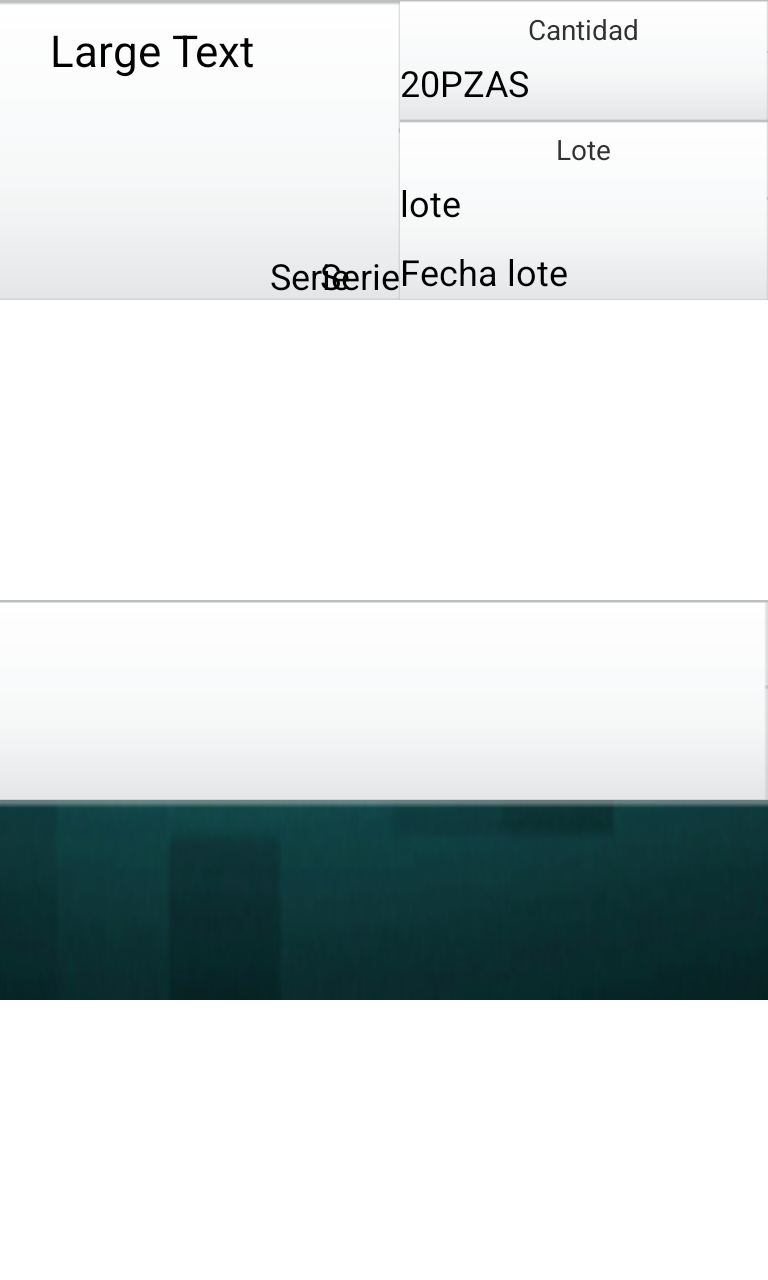
Repository: moynard/PeanutAndroid
Layout: WHSStorekeeper/res/layout/detail_arrivados.xml
The author's editor kept a copy of each file at every save. The layout is drawn from the files as they stood at one save, then again after the next save.
It is drawn on a 768 x 1280 px phone screen (xhdpi) without system bars, with theme AppTheme; the app's code is not run.

Above is the layout before, as saved 2013-07-25 00:29:06.

### WHSStorekeeper/res/layout/detail_arrivados.xml
<?xml version="1.0" encoding="utf-8"?>
<RelativeLayout xmlns:android="http://schemas.android.com/apk/res/android"
    android:layout_width="match_parent"
    android:layout_height="match_parent"
    android:orientation="vertical" >

    <RelativeLayout
       android:id="@+id/layoutProducto"
        android:layout_width="200dp"
        android:layout_height="150dp"
        android:layout_alignParentLeft="true"
        android:layout_alignParentTop="true"
        android:background="@drawable/bgproducto"
         >

        <TextView
            android:id="@+id/txtProducto"
            android:layout_width="150dp"
            android:layout_height="wrap_content"
            android:layout_below="@+id/lblProducto"
            android:layout_centerHorizontal="true"
            android:layout_marginTop="10dp"
            android:lines="4"

            android:text="Large Text"
            android:textAppearance="?android:attr/textAppearanceLarge" />

                <TextView
                    android:id="@+id/txtSerie"
                    android:layout_width="wrap_content"
                    android:layout_height="wrap_content"
                    android:layout_alignParentBottom="true"
                    android:layout_alignParentRight="true"
                    android:text="Serie"
                    android:textAppearance="?android:attr/textAppearanceMedium" />

                <TextView
                    android:id="@+id/lblserie"
                    android:layout_width="wrap_content"
                    android:layout_height="wrap_content"
                    android:layout_alignParentBottom="true"
                    android:layout_alignRight="@+id/txtProducto"
                    android:text="Serie"
                    android:textAppearance="?android:attr/textAppearanceMedium" />

    </RelativeLayout>
    <RelativeLayout
        android:id="@+id/layoutCantidad"
        android:layout_toRightOf="@+id/layoutProducto"
        android:layout_width="fill_parent"
        android:layout_height="60dp"

        android:background="@drawable/bgproducto"
         >
         <TextView
                android:id="@+id/lblCantidad"
                android:layout_width="wrap_content"
                android:layout_height="wrap_content"
                android:layout_alignParentTop="true"
                android:layout_centerHorizontal="true"
                android:layout_marginTop="5dp"
                android:text="Cantidad"
                android:textAppearance="?android:attr/textAppearanceSmall" />
            <TextView
                android:id="@+id/txtCantidad"
                android:layout_width="wrap_content"
                android:layout_height="wrap_content"
                android:layout_below="@+id/lblCantidad"
                android:layout_marginTop="5dp"
                android:text="20"
                android:textAppearance="?android:attr/textAppearanceMedium" />
            <TextView
                android:id="@+id/txtUnidad"
                android:layout_width="wrap_content"
                android:layout_height="wrap_content"
                android:layout_below="@+id/lblCantidad"
                android:layout_toRightOf="@+id/txtCantidad"
                android:layout_marginTop="5dp"
                android:text="PZAS"
                android:textAppearance="?android:attr/textAppearanceMedium" />


    </RelativeLayout>
    <RelativeLayout
        android:id="@+id/layoutLote"
        android:layout_toRightOf="@+id/layoutProducto"
        android:layout_below="@+id/layoutCantidad"
        android:layout_width="fill_parent"
        android:layout_height="90dp"
        android:background="@drawable/bgproducto"
         >
            <TextView
                android:id="@+id/lbLote"
                android:layout_width="wrap_content"
                android:layout_height="wrap_content"
                android:layout_alignParentTop="true"
                android:layout_centerHorizontal="true"
                android:layout_marginTop="5dp"
                android:text="Lote"
                android:textAppearance="?android:attr/textAppearanceSmall" />
            <TextView
                android:id="@+id/txtlote"
                android:layout_width="wrap_content"
                android:layout_height="wrap_content"
                android:layout_below="@+id/lbLote"
                android:layout_marginTop="5dp"

                android:text="lote"
                android:textAppearance="?android:attr/textAppearanceMedium" />
             <TextView
                android:id="@+id/txtFecalote"
                android:layout_width="wrap_content"
                android:layout_height="wrap_content"
                android:layout_below="@+id/txtlote"
                android:layout_marginTop="10dp"
                android:text="Fecha lote"
                android:textAppearance="?android:attr/textAppearanceMedium" />

    </RelativeLayout>

    <RelativeLayout
        android:id="@+id/layoutinfo"
        android:layout_width="fill_parent"
        android:layout_height="150dp"
        android:layout_alignParentLeft="true"
        android:layout_below="@+id/layoutProducto"
         >
    </RelativeLayout>
      <RelativeLayout
        android:id="@+id/layoutBoton"
        android:layout_width="fill_parent"
        android:layout_height="100dp"
        android:layout_alignParentLeft="true"
        android:layout_below="@+id/layoutinfo"
                android:background="@drawable/bgproducto"

         >
    </RelativeLayout>
     <RelativeLayout
        android:id="@+id/layoutFoter"
        android:layout_width="fill_parent"
        android:layout_height="100dp"
        android:layout_alignParentLeft="true"
        android:layout_below="@+id/layoutBoton"
        android:background="@drawable/bgfoot"
         >
    </RelativeLayout>

</RelativeLayout>

Loaded but not shown: WHSStorekeeper/res/values/styles.xml (common file); WHSStorekeeper/res/values-v11/styles.xml (common file); WHSStorekeeper/res/values-v14/styles.xml (common file)

After the next save:
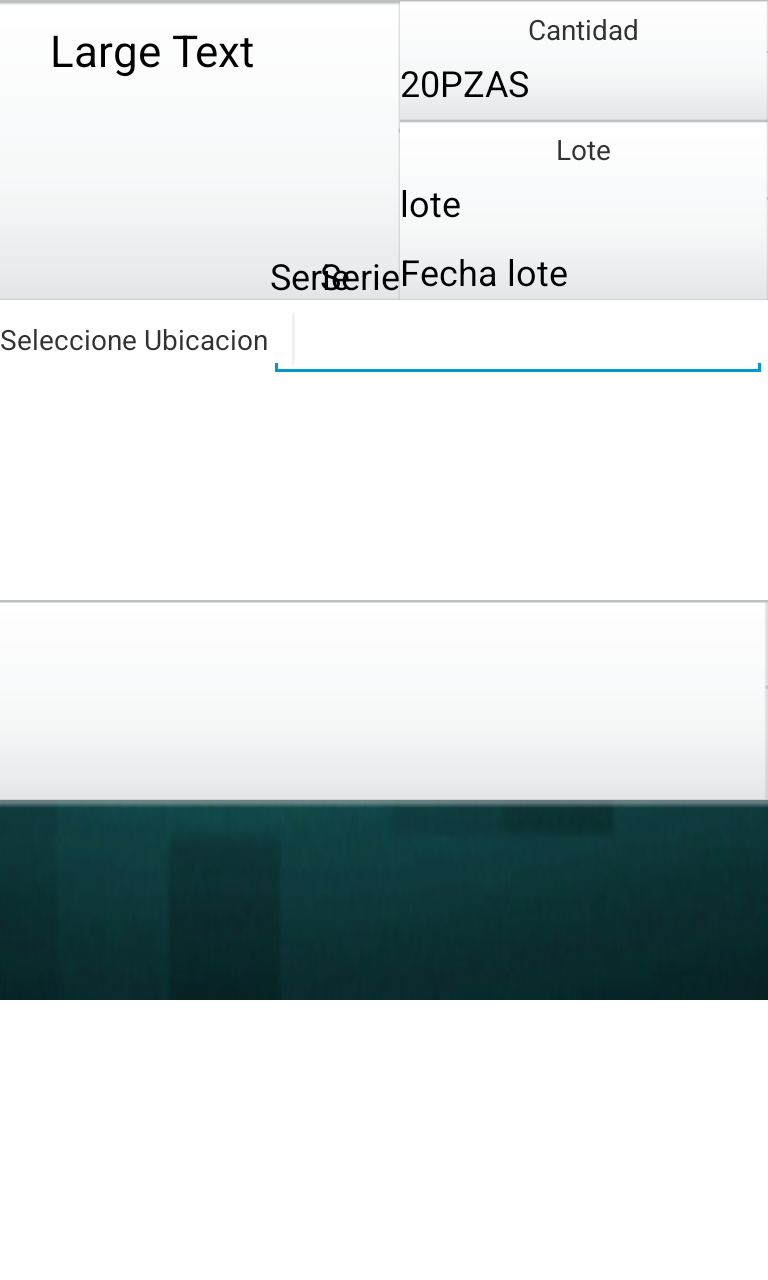
Saved 49 s later.
--- a/WHSStorekeeper/res/layout/detail_arrivados.xml
+++ b/WHSStorekeeper/res/layout/detail_arrivados.xml
@@ -125,6 +125,30 @@
         android:layout_alignParentLeft="true"
         android:layout_below="@+id/layoutProducto"
          >
+             <TextView
+                     android:id="@+id/lblUbicacion"
+                     android:layout_width="wrap_content"
+                     android:layout_height="wrap_content"
+                      android:layout_alignParentLeft="true"
+					android:layout_marginTop="10dp"
+                     android:text="Seleccione Ubicacion"
+
+                      />
+
+                  <AutoCompleteTextView
+                 android:id="@+id/autocomplete"
+                 android:layout_width="fill_parent"
+                 android:layout_height="wrap_content"
+
+                android:layout_toRightOf="@+id/lblUbicacion"
+                 android:ems="10"
+                 android:singleLine="true" >
+                 <requestFocus />
+             </AutoCompleteTextView>
+
+
+
+
     </RelativeLayout>
       <RelativeLayout
         android:id="@+id/layoutBoton"
